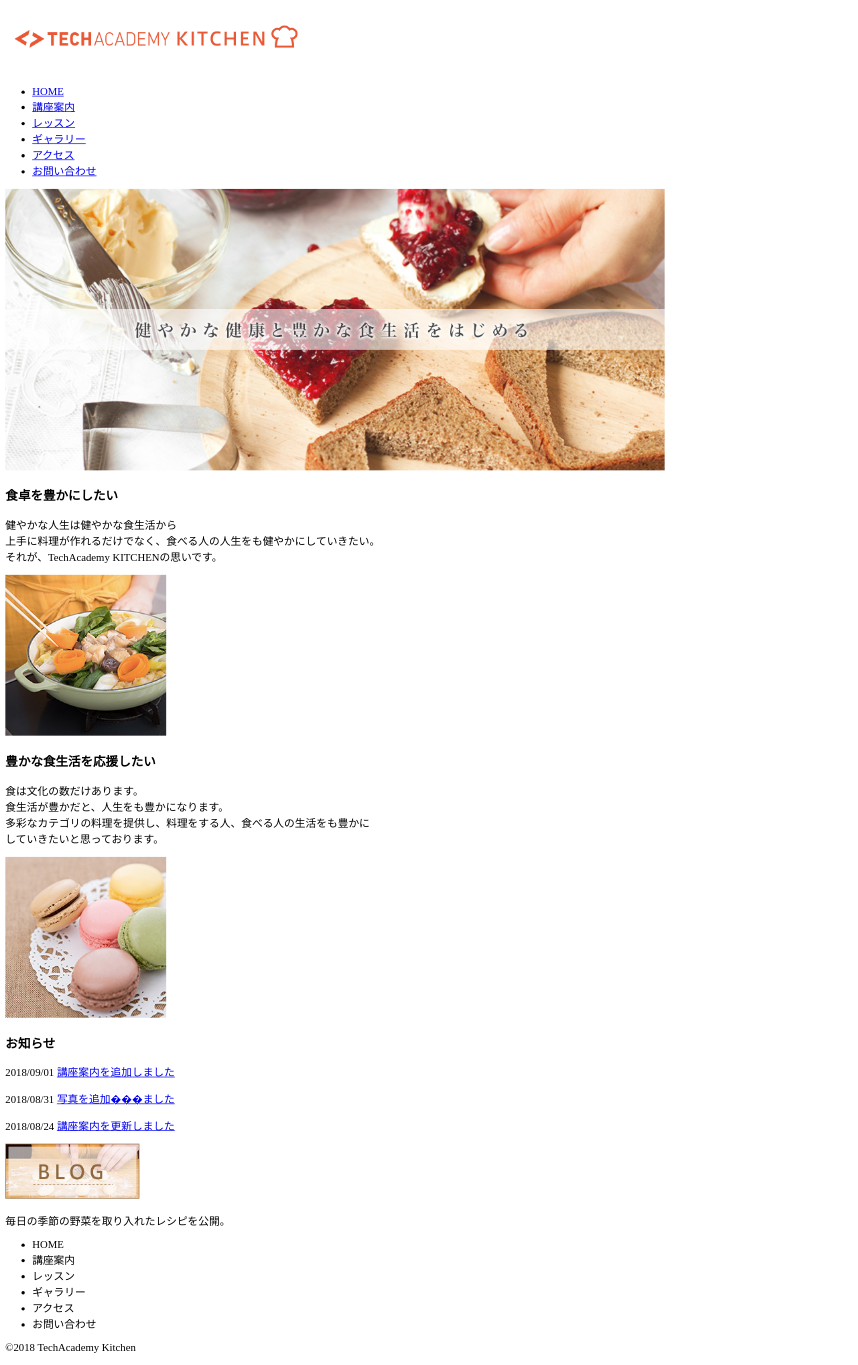
Repository: niwabarubossa/microposts
Page: kitchen.html
The author's editor kept a record of every edit. The page is drawn from the files as they stood at one moment, then again after the next edit.
The browser window is 1280 px wide. The pictures show the whole page, at 67% of full size.

Above is the page before.

### kitchen.html
<!DOCTYPE html>
<html lang="ja">
    <head>
        <meta charset="UTF-8">
        <title>TechAcademy KITCHEN</title>
    </head>
    <body>
        <!--ここからヘッダー-->
        <header>
            <img src="images_kitchen/logo.png" alt="TechAcademy KITCHEN">
            <nav class="global-nav">
                <ul class="global-menu">
                    <li><a href="#">HOME</a></li>
                    <li><a href="#">講座案内</a></li>
                    <li><a href="#">レッスン</a></li>
                    <li><a href="#">ギャラリー</a></li>
                    <li><a href="#">アクセス</a></li>
                    <li><a href="#">お問い合わせ</a></li>
                </ul>
            </nav>
        </header>
        <!--ヘッダーここまで-->
        <!--ここからメインビジュアル画像-->
        <div class="main_visual">
            <img src="images_kitchen/main_visual.jpg" alt="this is a main logo">
        </div>
        <div id="main_visual">
        </div>
        <!--メインビジュアル画像ここまで-->
        <!--wrapperー-->
        <div id="wrapper">
            <div class="topic">
                <div id="topic1">
                    <h3>食卓を豊かにしたい</h3>
                    <p>健やかな人生は健やかな食生活から<br>
                    上手に料理が作れるだけでなく、食べる人の人生をも健やかにしていきたい。<br>
                    それが、TechAcademy KITCHENの思いです。
                    </p>
                    <img src="images_kitchen/photo01.jpg" alt="this is a capture">
                </div>
                <div id="topic2">
                    <h3>豊かな食生活を応援したい</h3>
                    <p>食は文化の数だけあります。<br>
                    食生活が豊かだと、人生をも豊かになります。<br>
                    多彩なカテゴリの料理を提供し、料理をする人、食べる人の生活をも豊かに<br>
                    していきたいと思っております。</p>
                    <img src="images_kitchen/photo02.jpg" alt="this is a capture">
                </div>
                <div id="news">
                    <h3>お知らせ</h3>
                    <p>2018/09/01 <a href="#">講座案内を追加しました</a></p>
                    <p>2018/08/31 <a href="#">写真を追加���ました</a></p>
                    <p>2018/08/24 <a href="#">講座案内を更新しました</a></p>
                </div>

            </div>
            <aside>
                <div class="sidebar">
                    <img src="images_kitchen/banner01.jpg">
                    <p>毎日の季節の野菜を取り入れたレシピを公開。</p>
                </div>
            </aside>
        </div>
        <!--wrapperここまで-->
    </body>
    <footer>
        <ul class="footer-menu">
            <li>HOME</li>
            <li>講座案内</li>
            <li>レッスン</li>
            <li>ギャラリー</li>
            <li>アクセス</li>
            <li>お問い合わせ</li>
        </ul>
        <p>©︎2018 TechAcademy Kitchen</p>
    </footer>
</html>

After the next edit:
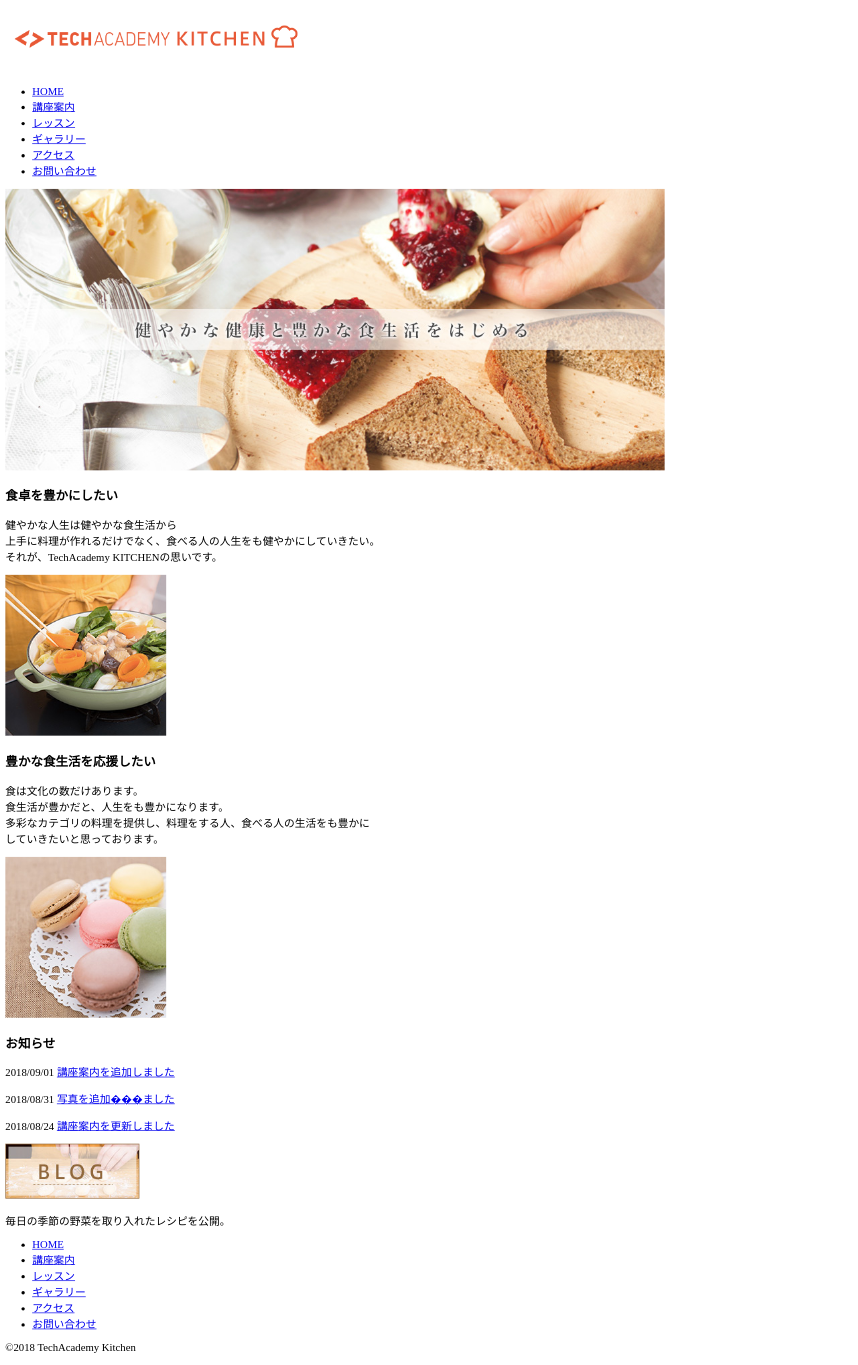
The edit:
--- a/kitchen.html
+++ b/kitchen.html
@@ -65,12 +65,12 @@
     </body>
     <footer>
         <ul class="footer-menu">
-            <li>HOME</li>
-            <li>講座案内</li>
-            <li>レッスン</li>
-            <li>ギャラリー</li>
-            <li>アクセス</li>
-            <li>お問い合わせ</li>
+            <li><a href="#">HOME</a></li>
+            <li><a href="#">講座案内</a></li>
+            <li><a href="#">レッスン</a></li>
+            <li><a href="#">ギャラリー</a></li>
+            <li><a href="#">アクセス</a></li>
+            <li><a href="#">お問い合わせ</a></li>
         </ul>
         <p>©︎2018 TechAcademy Kitchen</p>
     </footer>
